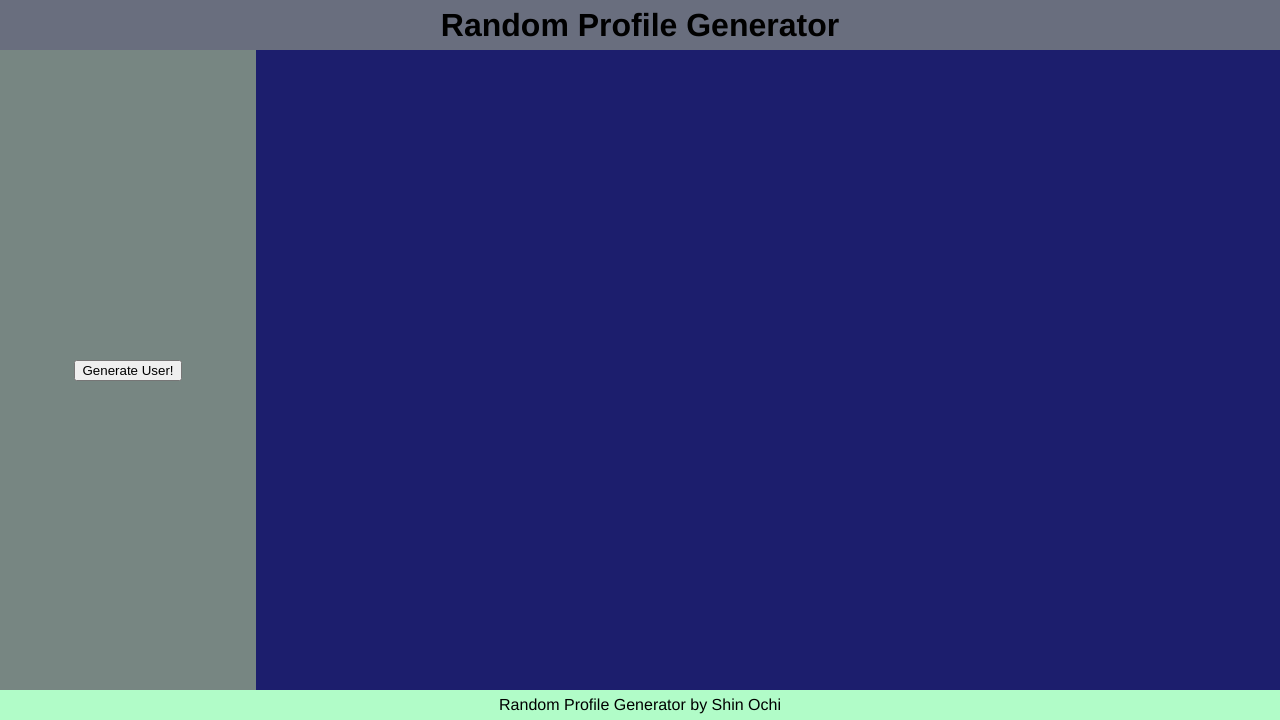
Repository: swaroopu-kr/Web-Application
Page: index.html
The author's editor kept a copy of each file at every save. The page is drawn from the files as they stood at one save, then again after a run of saves.
The browser window is 1280 px wide. The pictures show the whole page.

Above is the page before, as saved 2021-11-01 16:32:53.

After the next 7 saves:
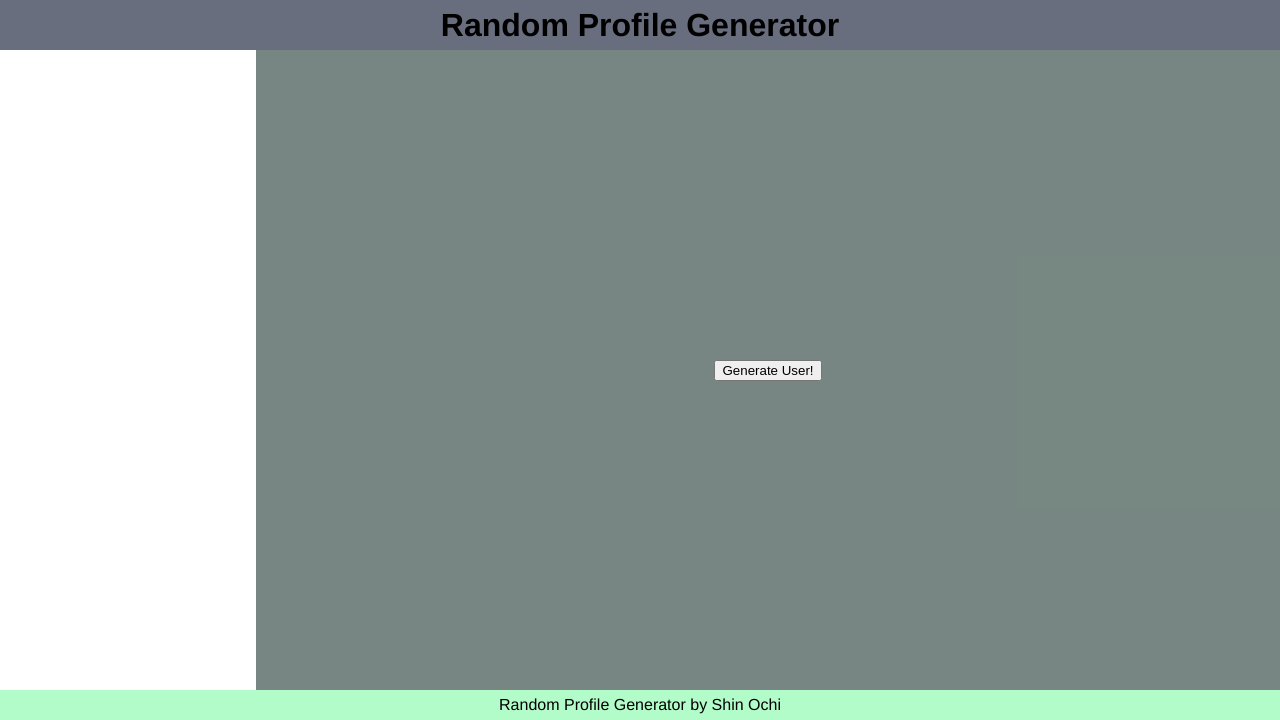
The 7 saves are shown as one change because they came seconds apart.
The last was saved 37 s later.
--- a/style.css
+++ b/style.css
@@ -32,14 +32,7 @@
 
 
 
-      main {
-        grid-area: content;
-        background-color: #1c1e6d;
-        color: white;
-        display: flex;
-        justify-content: center;
-        align-items: left;
-      }
+
 
       header,
       footer,
@@ -86,4 +79,15 @@
       text-shadow: 2px 3px 5px #000000;
       width: 18.75rem;
       height: 12.5rem; /* rem stands for root element metric - by default it's equal to 16 */
-  }
+
+
+        grid-area: content;
+        background-color: #1c1e6d;
+        color: white;
+        display: flex;
+        justify-content: center;
+        align-items: left;
+
+
+
+    }
